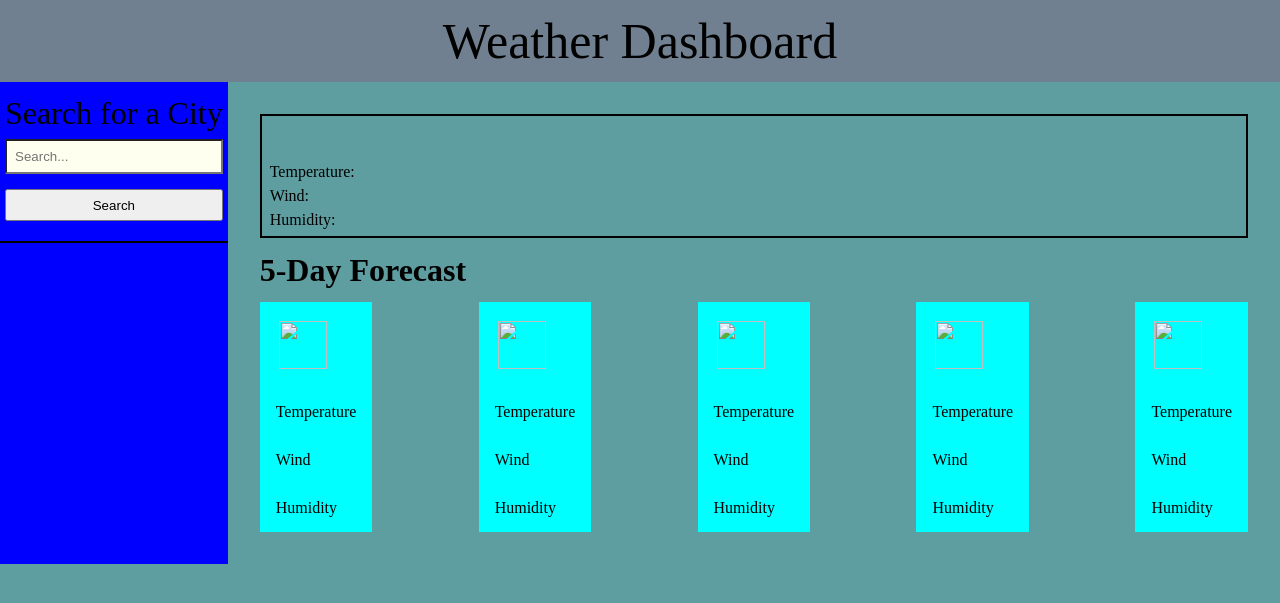
Repository: Pauldan1988/weather-dash
Page: index.html
The author's editor kept a copy of each file at every save. The page is drawn from the files as they stood at one save, then again after the next save.
The browser window is 1280 px wide. The pictures show the whole page.

Above is the page before, as saved 2023-01-13 16:22:59.

### index.html
<!DOCTYPE html>
<html lang="en">
  <head>
    <meta charset="UTF-8" />
    <meta http-equiv="X-UA-Compatible" content="IE=edge" />
    <meta name="viewport" content="width=device-width, initial-scale=1.0" />
    <link rel="stylesheet" href="./reset.css" />
    <link rel="stylesheet" href="./style.css" />
    <title>Document</title>
  </head>

  <body>
    <header>Weather Dashboard</header>
    <main>
      <section id="sidebar">
        <div>
          <form id="form">
            <label for="citysearch">Search for a City</label>
            <input
              type="search"
              id="citysearch"
              name="q"
              placeholder="Search..."
            />
            <button id="userInput">Search</button>
          </form>
        </div>

        <div id="saved-city-searches">
        </div>
      </section>

      <section id="search-results">
        <div id="current-weather">
          <p>
            <span id="currcity"></span>
            <span id="currdate"></span>
            <img id="curricon" src="" />
          </p>
          <p>Temperature: <span id="currtemp"></span></p>
          <p>Wind: <span id="currwind"></span></p>
          <p>Humidity: <span id="currhumid"></span></p>
        </div>
        <h2>5-Day Forecast</h2>
        <div id="five-day-forecast">
          <div id="day1">
            <img class="emoji" src="" />
            <span class="temp">Temperature</span>
            <span class="wind">Wind</span>
            <span class="humidity">Humidity</span>
          </div>
          <div id="day2">
            <img class="emoji" src="" />
            <span class="temp">Temperature</span>
            <span class="wind">Wind</span>
            <span class="humidity">Humidity</span>
          </div>
          <div id="day3">
            <img class="emoji" src="" />
            <span class="temp">Temperature</span>
            <span class="wind">Wind</span>
            <span class="humidity">Humidity</span>
          </div>
          <div id="day4">
            <img class="emoji" src="" />
            <span class="temp">Temperature</span>
            <span class="wind">Wind</span>
            <span class="humidity">Humidity</span>
          </div>
          <div id="day5">
            <img class="emoji" src="" />
            <span class="temp">Temperature</span>
            <span class="wind">Wind</span>
            <span class="humidity">Humidity</span>
          </div>
        </div>
      </section>
    </main>
  </body>
  <script src="./script.js"></script>
</html>

### style.css
main {
    display:flex;
    max-width: 100vw;
}

body {
    background-color:cadetblue;
}

header {
    font-size: 50px;
    text-align: center;
    padding: 1rem 0;
    background-color:slategrey;
}

#sidebar {
    background-color: blue;
}

#form {
    display:flex;
    flex-direction: column;
    font-size: 2rem;
    padding: 2rem 2rem 2rem 0;
    border-bottom: solid 2px black;
}

label {
    white-space: nowrap;
}

#form, input {
    margin-top: 10px;
    margin-bottom: 15px;
    padding: 5px;
}

input {
    background-color:ivory;
    color:black;
    padding: 0.5rem;
}

button {
    padding: 3px;
    margin-bottom: 15px;
    height: 2rem;
}

#saved-city-searches {
    display: flex;
    flex-direction: column;
    padding: 1rem;
    text-align: center;
    gap: 1.5rem;
}

/* #saved-city-searches >div {
    background-color: darkorange;
    padding: .5rem;
    user-select: none;
} */

/* #saved-city-searches >div:hover {
    cursor:pointer;
    background-color: blanchedalmond;
} */

#current-weather {
    display: flex;
    flex-direction: column;
    text-align: left;
    border: 2px solid black;
    padding: 0.5rem;
    gap: 0.5rem;
}

#currcity, #currdate, #curricon{
    font-size: 2rem;
    font-weight: bolder;
    margin: 3px;
}

#five-day-forecast {
    display: flex;
    justify-content: space-between;
}

#five-day-forecast >div {
    display: flex;
    flex-direction: column;
    padding: 1rem;
    background-color: aqua;
    gap: 2rem;
    text-align: left;
    box-sizing: border-box;
}

.emoji {
    margin: 3px;
    display: inline;
    font-size :1rem;
    width: 3rem;
    height: 3rem;
}

h2 {
    font-size: 2rem;
    font-weight: bolder;
    padding: 1rem 0;
}

#search-results {
    width: 100%;
    padding: 1rem;
    margin: 1rem;
}

### script.js
var APIKey = "9ae95c4aaf533d72feba79f29994de45"
var baseURL = "https://api.openweathermap.org"
var geoURL = "/geo/1.0/direct?q="
var geoFiveURL = ""

async function getLatLong(cityName) {
    const latlon = await fetch(`${baseURL}${geoURL}${cityName},,US&limit=1&appid=${APIKey}`)
        .then(value => value.json())
        .then(value => {
            const { lat, lon } = value[0]
            return { lat, lon }
        })
        .catch(error => error)
    return latlon
}


const body = document.body
const formE1 = document.getElementById("form")
const spanCC = document.getElementById("currcity")
const spanCD = document.getElementById("currdate")
const imgCI = document.getElementById("curricon")
const spanCT = document.getElementById("currtemp")
const spanCW = document.getElementById("currwind")
const spanCH = document.getElementById("currhumid")
const userData = document.getElementById("userInput")


function currDisplay(todayWeather) {
    spanCC.textContent = todayWeather.name
    spanCT.textContent = todayWeather.main.temp
    imgCI.src = `http://openweathermap.org/img/wn/${todayWeather.weather[0].icon}.png`
    // Call the formatDate function and pass todayWeather.dt*1000 as a parameter
    spanCD.textContent = formatDate(todayWeather.dt * 1000)
    spanCW.textContent = todayWeather.wind.speed
    spanCH.textContent = todayWeather.main.humidity
}

const fiveDaydivCont = document.getElementById("five-day-forecast").children

function fiveDayDisplay(fiveDayWeather) {
    let currentDayIndex = 0
    for (let i = 6; i < fiveDayWeather.list.length; i += 8) {
        displayDayX(fiveDayWeather.list[i], currentDayIndex) // i represents the data point for the appropartate day
        currentDayIndex++  // This must be at the end
    }


    // displayDayX(fiveDayWeather.list[0], 0)
}

function displayDayX(weatherData, dayDisplayed) {
    const dayDiv = fiveDaydivCont[dayDisplayed].children
    dayDiv[0].src = `http://openweathermap.org/img/wn/${weatherData.weather[0].icon}.png`
    dayDiv[1].textContent = "Temperature: " + weatherData.main.temp
    dayDiv[2].textContent = "Wind: " + weatherData.wind.speed
    dayDiv[3].textContent = "Humidity: " + weatherData.main.humidity
}

formE1.addEventListener("submit", async eventObject => {
    eventObject.preventDefault()
    var citySearch = eventObject.target.children[1].value
    var latlon = await getLatLong(citySearch)
    if (latlon.lat) {
        var todayWeather = await getWeather(latlon)
        const fiveDayWeather = await getFiveWeather(latlon)
        currDisplay(todayWeather)
        fiveDayDisplay(fiveDayWeather)
        storeSearch(citySearch)
        pullSearches()
    } else {
        alert(`${citySearch} Is an invalid search. Please check your spelling and search again.`)
    }
})

const savedSearchesEl = document.getElementById("saved-city-searches")

savedSearchesEl.addEventListener("click", async eventObject => {
    const buttonSearch = eventObject.target.textContent
    const buttonLatLon = await getLatLong(buttonSearch)
    const buttonWeather = await getWeather(buttonLatLon)
    const buttonFiveWeather = await getFiveWeather(buttonLatLon)
    currDisplay(buttonWeather)
    fiveDayDisplay(buttonFiveWeather)
})

async function getWeather(latlon) {
    const fetchWeather = await fetch(`${baseURL}/data/2.5/weather?lat=${latlon.lat}&lon=${latlon.lon}&appid=${APIKey}&units=imperial`)
        .then(value => value.json())
        .catch(error => error)
    return fetchWeather
}

async function getFiveWeather(latlon) {
    const fetch5Weather = await fetch(`${baseURL}/data/2.5/forecast?lat=${latlon.lat}&lon=${latlon.lon}&appid=${APIKey}&units=imperial`)
        .then(value => value.json())
    return fetch5Weather
}


function formatDate(dateInMilli) {
    const date = new Date(dateInMilli)
    const months = ["January", "February", "March", "April", "May", "June", "July", "August", "September", "October", "November", "December"];
    const month = months[date.getMonth()]
    const year = date.getFullYear()
    const dayToday = date.getDate()
    return `${month} ${dayToday} ${year}`
}



function storeSearch(city) {
    window.localStorage.setItem(city, JSON.stringify(city))
}

function pullSearches() { // Also display buttons with previous searches made.
    // get rid of buttons already made and clear container
    const searches = Object.keys(localStorage)
    savedSearchesEl.innerHTML = ""
    searches.forEach(city => {
        const cityButton = document.createElement("button")
        cityButton.textContent = city
        savedSearchesEl.appendChild(cityButton)

    })
}

pullSearches()
//Store latlon with cityName in local storage in submit event listener
    // create button element dynamicly assign text content(city)
    // append/add button to the button container

Loaded but not shown: reset.css (common file)

After the next save:
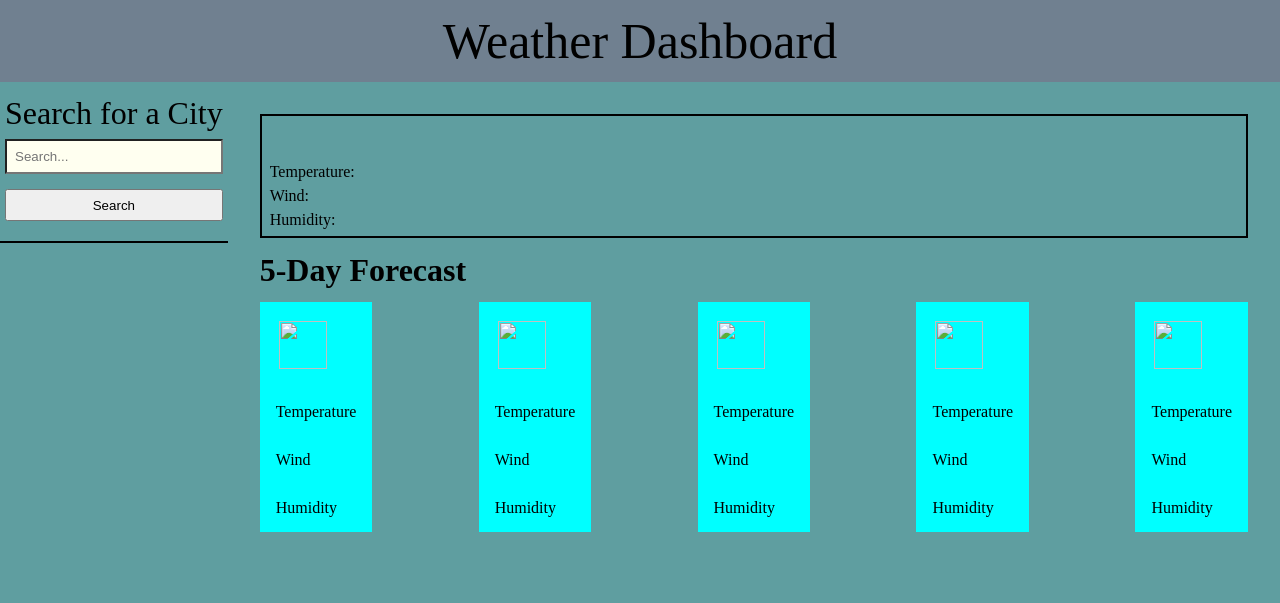
Saved 2 days later.
--- a/style.css
+++ b/style.css
@@ -15,7 +15,7 @@ header {
 }
 
 #sidebar {
-    background-color: blue;
+    background-color: slate;
 }
 
 #form {
